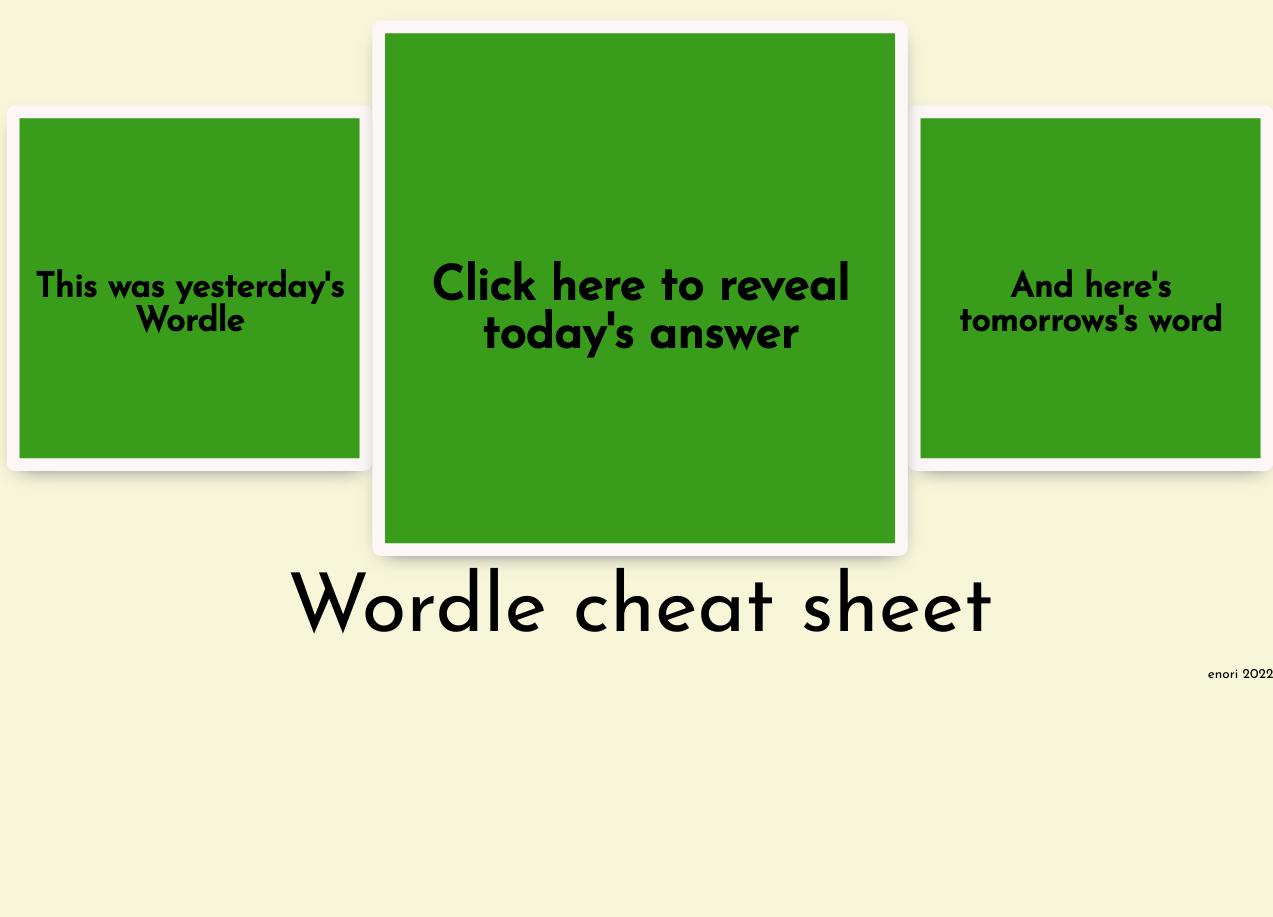
Repository: enoripl/tomorrows-wordle
Page: index.html
The author's editor kept a copy of each file at every save. The page is drawn from the files as they stood at one save, then again after the next save.
The browser window is 1280 px wide. The page is 1498 px wide, so the pictures cover 1498 px, including what lies to the right of the window. The pictures show the whole page, at 85% of full size.

Above is the page before, as saved 2022-02-09 19:45:54.

After the next save:
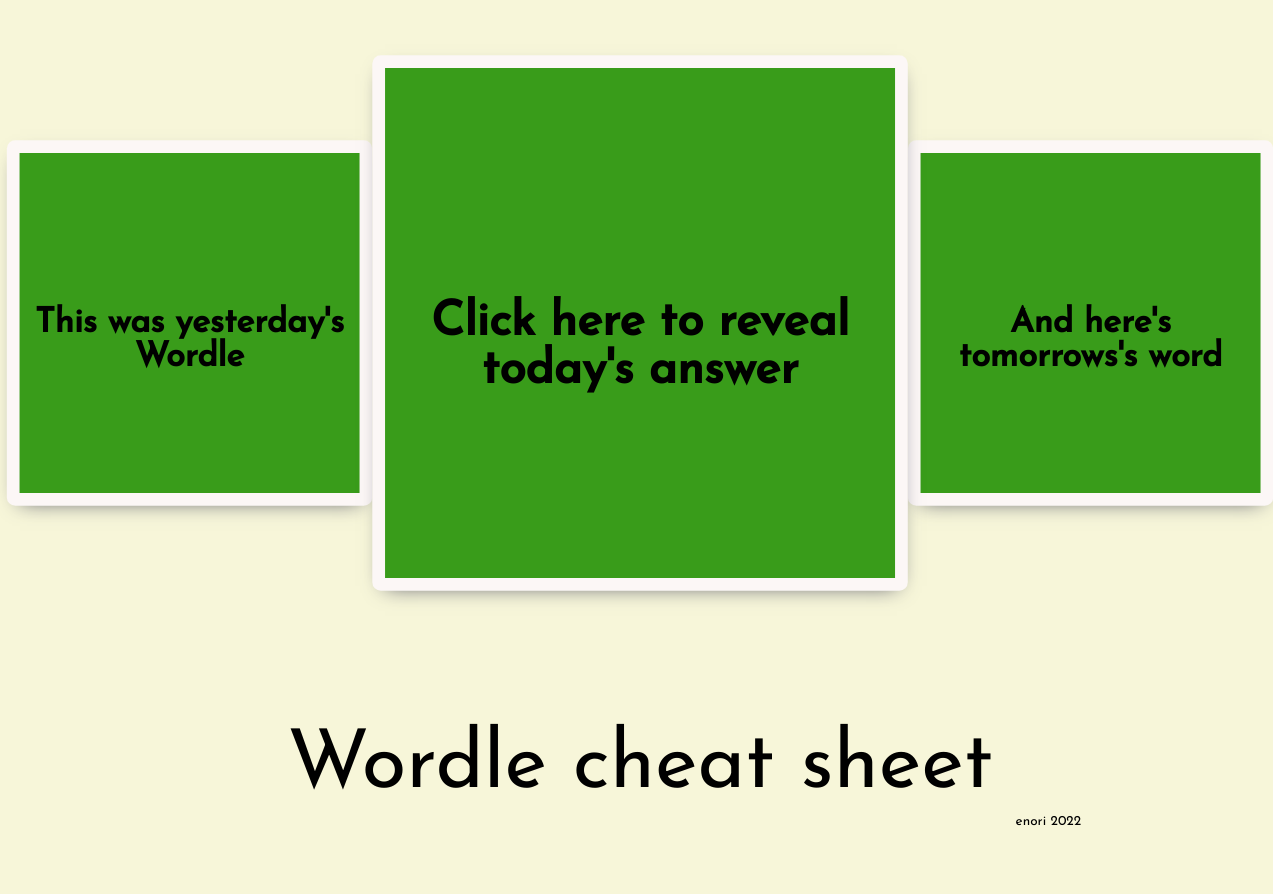
Saved 3 s later.
--- a/styles.css
+++ b/styles.css
@@ -3,13 +3,15 @@
 body {
   font-family: "Josefin Sans", sans-serif;
   white-space: pre-line;
-  display: grid;
-  grid-template-rows: 1fr 300px 5px;
+  display: flex;
+  flex-direction: column;
   min-height: 100vh;
   background-color: rgb(247, 246, 217);
 }
 
 .main-content {
+display: grid;
+grid-template-rows: 80% 300px;
 }
 
 .buttons-section {
